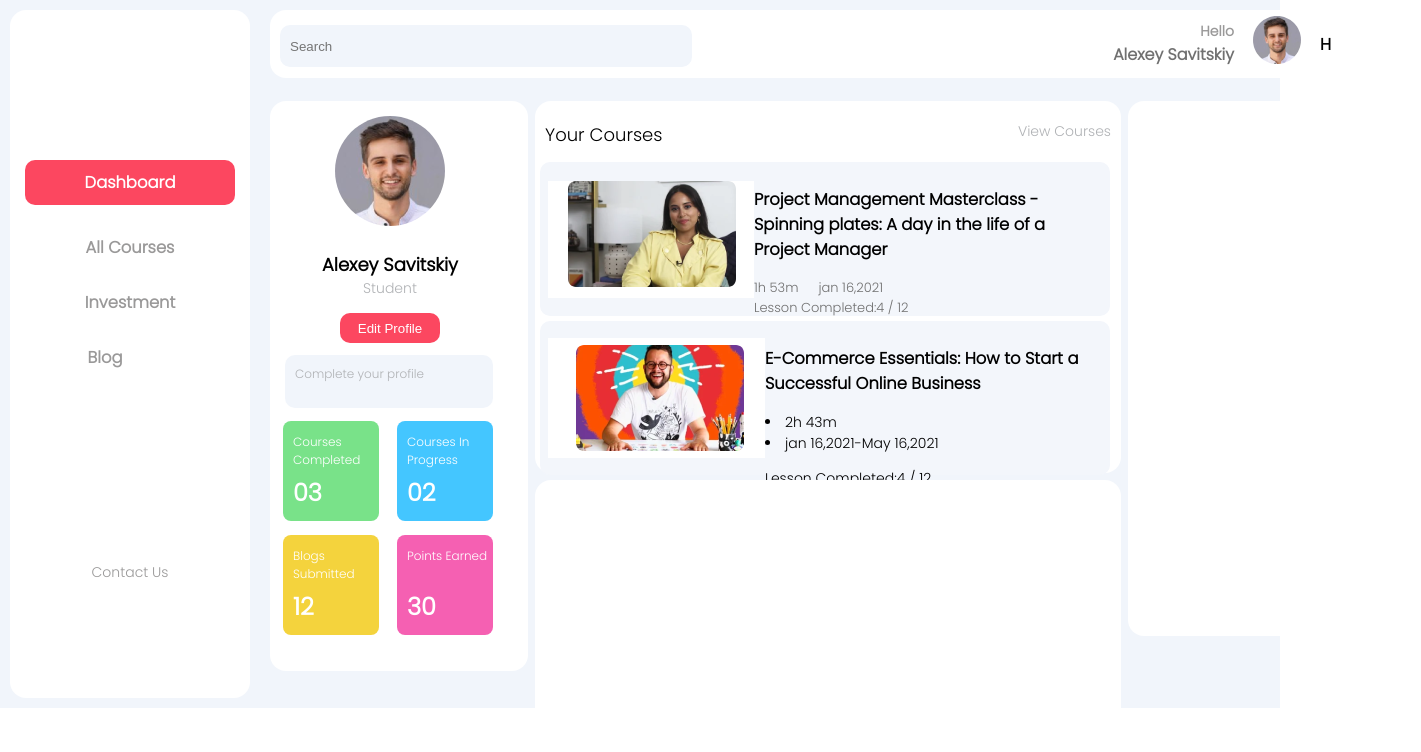
Repository: Anuruddha00/dashboard-design
Page: /
The author's editor kept a copy of each file at every save. The page is drawn from the files as they stood at one save, then again after the next save.
The browser window is 1280 px wide. The page is 1421 px wide, so the pictures cover 1421 px, including what lies to the right of the window. The pictures show the whole page.
The project was rebuilt for these pictures with package versions that can differ from the ones it lists, and the page was loaded fresh each time.

Above is the page before, as saved 2021-05-07 21:14:44.

After the next save:
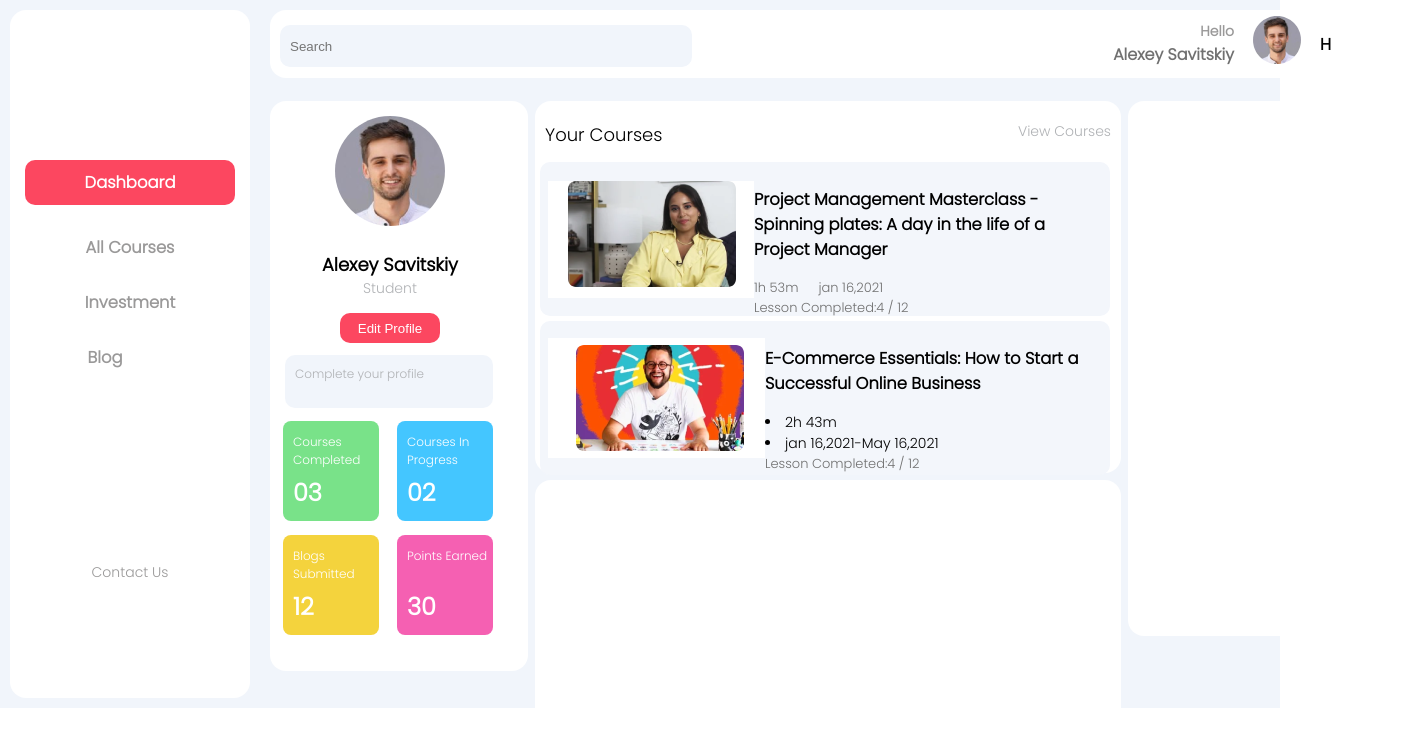
Saved 34 s later.
--- a/src/containers/Dashboard/Dashboard.scss
+++ b/src/containers/Dashboard/Dashboard.scss
@@ -331,6 +331,11 @@ body{
                                         width: fit-content;
                                         align-self: center;
                                     }
+                                    p{
+                                        margin: 0;
+                                        color: #707070;
+                                        font-size: 13px;
+                                    }
 
 
                                 }
